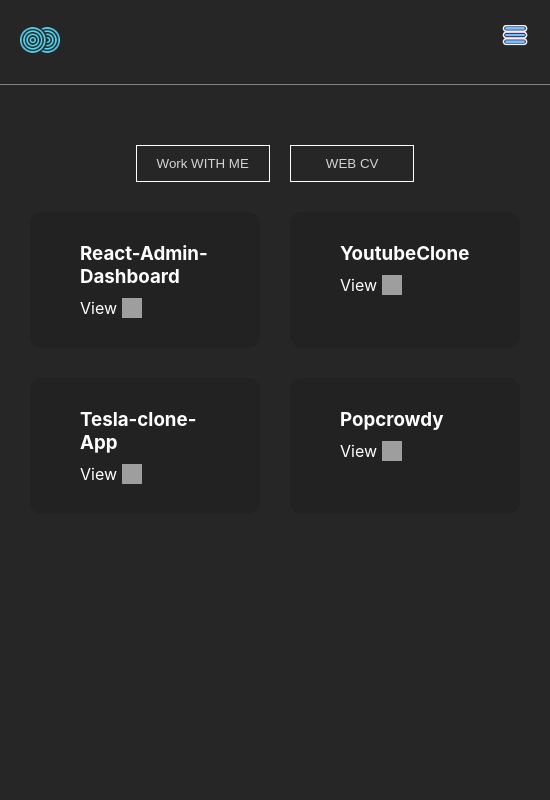
Repository: uh-sman/Portfolio
Page: /projects
The author's editor kept a copy of each file at every save. The page is drawn from the files as they stood at one save, then again after the next save.
The browser window is 550 px wide. The pictures show the whole page.
Pictures or frames that could not be fetched are drawn as grey boxes. The project was rebuilt for these pictures with package versions that can differ from the ones it lists, and the page was loaded fresh each time. Also part of the build but not shown: src/components/about.css, src/components/About.jsx, src/components/MobileCarousel.js, src/components/services.css, src/components/Services.jsx.

Above is the page before, as saved 2022-12-01 22:08:24.

After the next save:
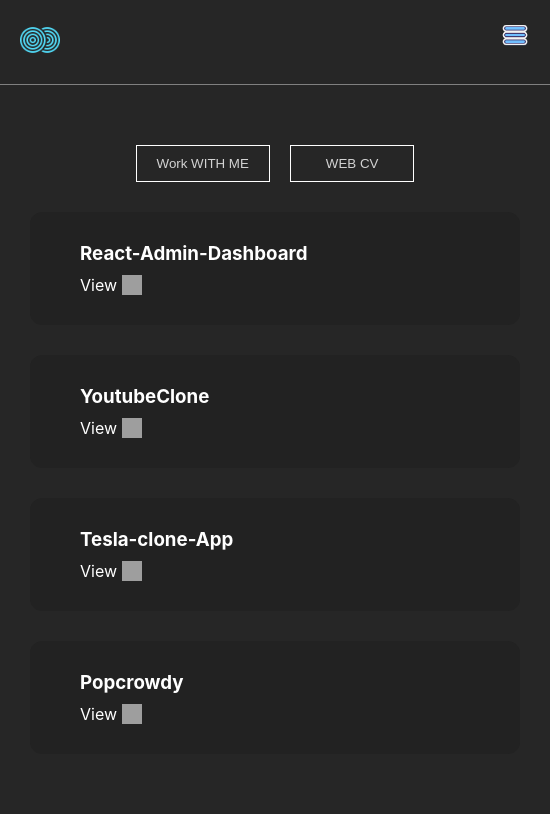
Saved 2 min 29 s later.
--- a/src/components/repositories.css
+++ b/src/components/repositories.css
@@ -41,9 +41,15 @@
   transition-delay: 8000;
   color: black;
 }
-@media only screen and (max-width: 1200px) {
+@media only screen and (min-width: 550px) and (max-width: 1200px) {
   .card-container {
     grid-template-columns: 1fr 1fr;
     gap: 30px;
   }
 }
+@media only screen and (min-width: 200px) and (max-width: 550px) {
+  .card-container {
+    grid-template-columns: 1fr;
+    gap: 30px;
+  }
+}
